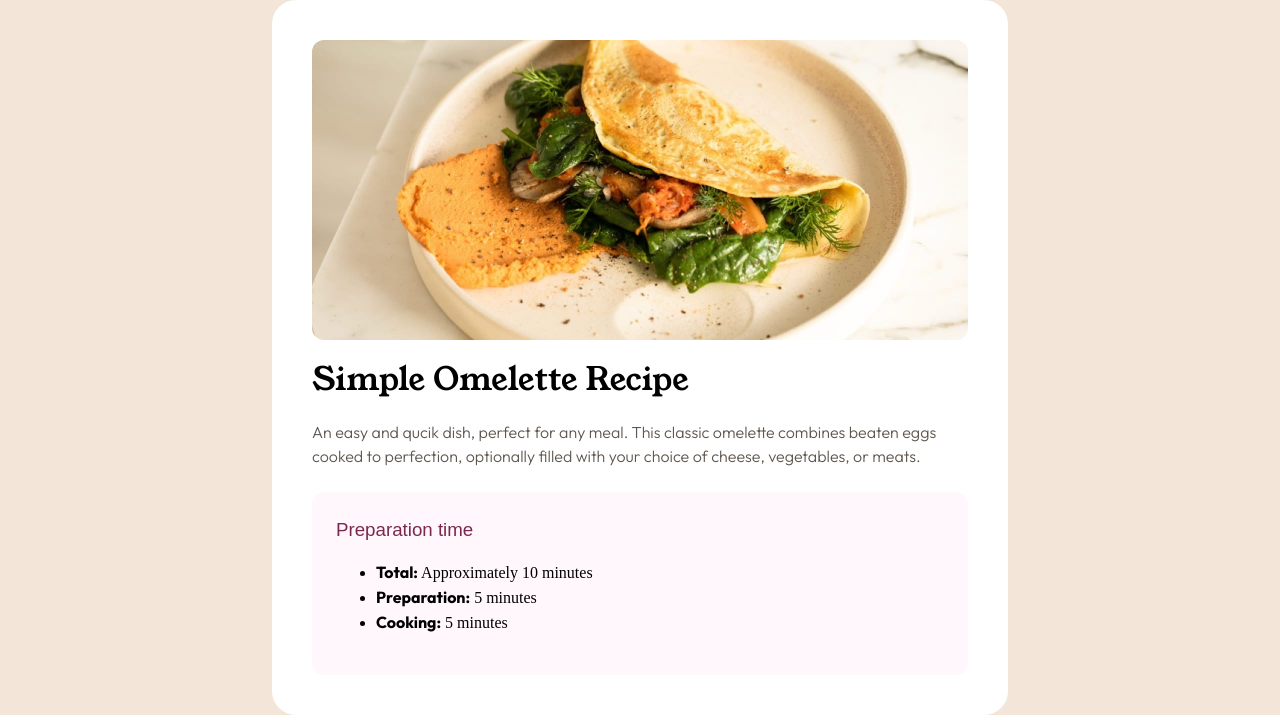
Repository: brandontaylor1/recipe-page
Page: index.html
An editor plug-in stored every save of this project. The page is shown before and after the next save, followed by the edit.
The browser window is 1280 px wide. The pictures show the whole page.

Above is the page before, as saved 2024-12-28 22:11:13.

### index.html
<!DOCTYPE html>
<html lang="en">
<head>
    <meta charset="UTF-8">
    <meta name="viewport" content="width=device-width, initial-scale=1.0">
    <link rel="preconnect" href="https://fonts.googleapis.com">
    <link rel="preconnect" href="https://fonts.gstatic.com" crossorigin>
    <link href="https://fonts.googleapis.com/css2?family=Outfit:wght@100..900&family=Young+Serif&display=swap" rel="stylesheet">
    <link rel="stylesheet" href="styles.css">
    <title>Recipe Page</title>
</head>
<body>
    <main class="container">
        <div class="recipe-card">
            <div class="recipe-title-content">
                <img src="./assets/images/image-omelette.jpeg" alt="recipe-image">
                <h1>Simple Omelette Recipe</h1>
                <p>An easy and qucik dish, perfect for any meal. This classic omelette combines beaten eggs cooked to perfection, optionally filled with your choice of cheese, vegetables, or meats. </p>
            </div>
            <div class="preparation-container">
                <h3>Preparation time</h3>
                <ul class="preparation-time">
                    <li><strong>Total:</strong> Approximately 10 minutes</li>
                    <li><strong>Preparation:</strong> 5 minutes</li>
                    <li><strong>Cooking:</strong> 5 minutes</li>
                </ul>
            </div>
            <div class="ingredients-container">

            </div>
            <div class="instructions-container">

            </div>
            <div class="nutrition-container">

            </div>
        </div>


    </main>



    <script src="index.js"></script>
</body>
</html>

### styles.css
*,
*::before,
*::after {
    box-sizing: border-box;
}

body,
h1,
h2,
h3,
h4,
h5,
h6,
p,
figure,
picture {
    margin: 0;
}

body {
    line-height: 1.5;
    min-height: 100vh;
}

img,
picture {
    max-width: 100%;
    display: block;
}

input,
button,
textarea,
select {
    font: inherit;
}

@media (prefers-reduced-motion: reduce) {
    *,
    *::before,
    *::after {
      animation-duration: 0.01ms !important;
      animation-iteration-count: 1 !important;
      transition-duration: 0.01ms !important;
      scroll-behavior: auto !important;
    }
  }

  /* UTILITY CLASSES */
  /* .flex{
    display: flex;
    gap: var(--gap, 1rem);
  }

  .grid {
    display: grid;
    gap: var(--gap, 1rem);
  }

  .container {
    padding: 0 2rem;
    margin: 0 auto;
    max-width: 80rem;
  }

  .sr-only {
    position: absolute;
    width: 1px;
    height: 1px;
    padding: 0;
    margin: -1px;
    overflow: hidden;
    clip: rect(0, 0, 0, 0);
    white-space: nowrap;
    border-width: 0;
  }

  .backgroundColor {
    background-color: var(--color-rose-50);
  } */




:root {
    /* COLORS */
    --color-rose-800: #7A284E;
    --color-rose-50: #FFF7FB;

    --color-stone-900: #312E2C;
    --color-stone-600: #5F564D;
    --color-stone-150: #E3DDD7;
    --color-stone-100: #F3E5D7;

    --color-brown-800: #854632;

    --color-white: #FFFFFF;
    --color-black: #000000;

    /* FONTS */
    /* @font-face {
        font-family: "YoungSerif-Regular", sans-serif;
        src: url(./fonts/YoungSerif-Regular.ttf) format('ttf');
    }

    @font-face {
        font-family: "Outfit-SemiBold", sans-serif;
        src: url(./fonts/Outfit-SemiBold.ttf) format('ttf');
    }

    @font-face {
        font-family: "Outfit-Bold", sans-serif;
        src: url(./fonts/Outfit-Bold.ttf) format('ttf');
    }

    @font-face {
        font-family: "Outfit-Regular", sans-serif;
        src: url(./fonts/Outfit-Regular.ttf) format('ttf');
    } */

    /* FONT SIZES */
    /* --fs-h1: 9.375rem;
    --fs-h2: 1.75rem;
    --fs-h3: 1.25rem;
    --fs-p: 1rem; */

}

.container {
    display: flex;
    flex-direction: column;
    align-items: center;
    justify-content: center;
    padding: 0 2rem;
    margin: 0 auto;
    max-width: 80rem;
    background-color: var(--color-stone-100);

}

.recipe-card {
    display: flex;
    flex-direction: column;
    align-items: flex-start;
    justify-content: space-between;
    width: 736px;
    padding: 40px;
    background-color: var(--color-white);
    border-radius: 24px;

}

.recipe-card img {
    width: 100%;
    border-radius: 12px;
}

.recipe-card h1 {
    padding: 1rem 0;
    font-family: "Young Serif", sans-serif;
    font-weight: 200;
}

.recipe-title-content p {
    color: var(--color-stone-600);
    font-family: "Outfit", sans-serif;
    font-size: 16px;
    font-weight: 300;
    line-height: 24px;
}

.preparation-container {
    display: flex;
    flex-direction: column;
    align-items: flex-start;
    width: 100%;
    margin-top: 24px;
    padding: 24px;
    border-radius: 12px;;
    background-color: var(--color-rose-50);
}

.preparation-container h3 {
    font-family: "Outfit-Bold", sans-serif;
    font-weight: 500;
    color: var(--color-rose-800);
}

.preparation-container p {
    font-family: "Outfit", sans-serif;
}

.preparation-time li strong {
    font-family: "Outfit", sans-serif;
    font-weight: 700;
    font-size: 16px;
    color: ;
}

Loaded but not shown: index.js (common file)

After the next save:
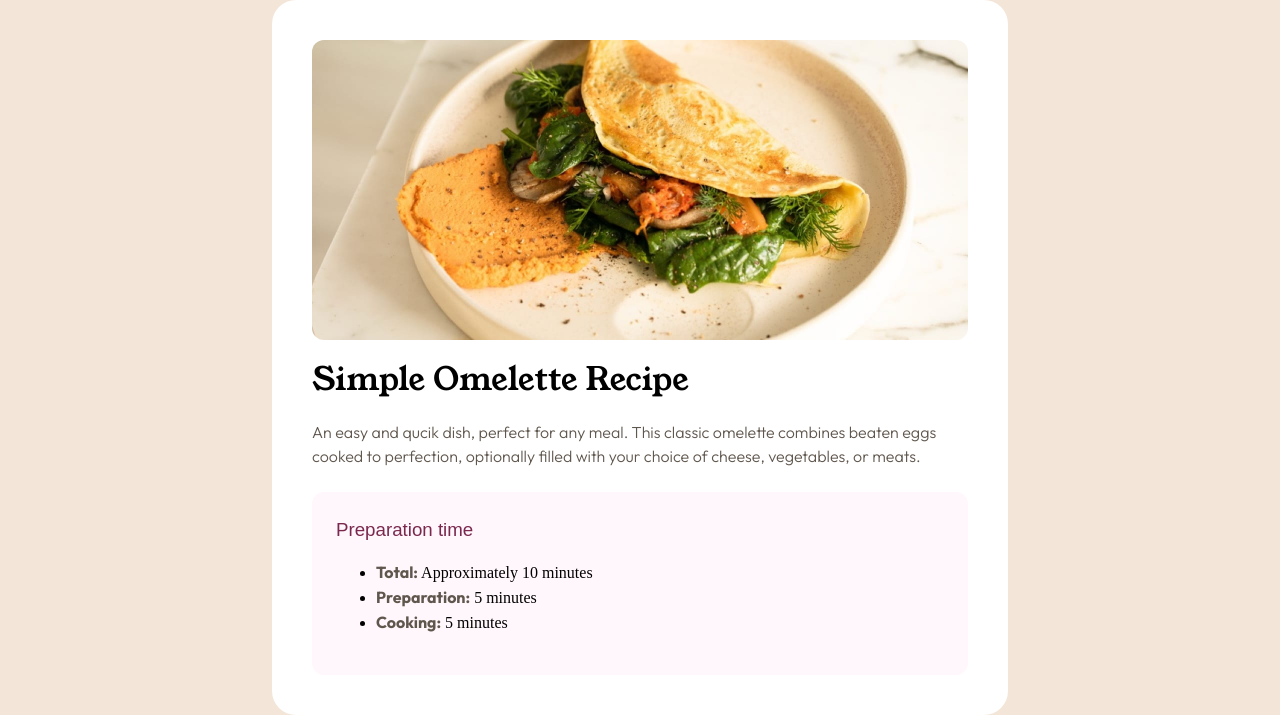
Saved 23 s later.
--- a/styles.css
+++ b/styles.css
@@ -194,5 +194,5 @@
     font-family: "Outfit", sans-serif;
     font-weight: 700;
     font-size: 16px;
-    color: ;
+    color: var(--color-stone-600);
 }
